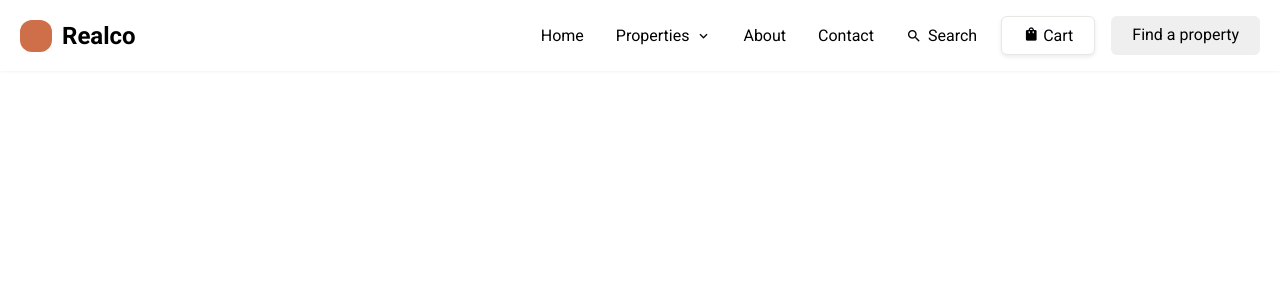
Repository: bek77g/realco
Page: index.html
The author's editor kept a copy of each file at every save. The page is drawn from the files as they stood at one save, then again after the next save.
The browser window is 1280 px wide. The pictures show the whole page.
The style sheet was rebuilt from its Sass, Less or Tailwind sources for each picture, by a compiler version that may differ from the author's.

Above is the page before, as saved 2023-04-13 21:13:35.

### index.html
<!DOCTYPE html>
<html lang="en">
  <head>
    <meta charset="UTF-8" />
    <meta http-equiv="X-UA-Compatible" content="IE=edge" />
    <meta name="viewport" content="width=device-width, initial-scale=1.0" />
    <title>Realco</title>
    <link rel="preconnect" href="https://fonts.googleapis.com" />
    <link rel="preconnect" href="https://fonts.gstatic.com" crossorigin />
    <link
      href="https://fonts.googleapis.com/css2?family=Roboto:ital,wght@0,400;0,700;0,900;1,400;1,700;1,900&display=swap"
      rel="stylesheet"
    />
    <link
      href="https://fonts.googleapis.com/icon?family=Material+Icons"
      rel="stylesheet"
    />
    <link rel="stylesheet" href="./src/styles/style.css" />
  </head>
  <body>
    <header class="header">
      <div class="container">
        <div class="header__row">
          <div class="logo header__logo">
            <div class="logo__box"></div>
            <h2 class="logo__name">Realco</h2>
          </div>
          <nav class="header__nav">
            <ul class="header__menu">
              <li class="header__menu-item"><a href="#">Home</a></li>
              <li class="header__menu-item">
                <a href="#"
                  >Properties <span class="icon">expand_more</span>
                </a>
              </li>
              <li class="header__menu-item"><a href="#">About</a></li>
              <li class="header__menu-item"><a href="#">Contact</a></li>
              <li class="header__menu-item">
                <a href="#"> <span class="icon">search</span> Search</a>
              </li>
            </ul>
            <div class="header__buttons">
              <button class="header__buttons-btn">
                <span class="icon">shopping_bag</span> Cart
              </button>
              <button class="header__buttons-btn">Find a property</button>
            </div>
          </nav>
        </div>
      </div>
    </header>
    <main></main>
    <footer></footer>
  </body>
</html>

### src/styles/style.scss
@import './reset';

.container {
  max-width: 1320px;
  padding: 0 20px;
  margin: 0 auto;
}

@import './global';
@import './header';

### src/styles/_reset.scss
* {
  margin: 0;
  padding: 0;
  box-sizing: border-box;
}
ul,
ol {
  list-style: none;
}
img {
  width: 100%;
}
a {
  color: inherit;
}
button {
  border: none;
  cursor: pointer;
}
a {
  text-decoration: none;
}

### src/styles/_global.scss
* {
  font-family: 'Roboto', sans-serif;
}

.icon {
  font-family: 'Material Icons';
  font-style: normal;
  font-weight: 400;
  display: block;
  height: -webkit-fit-content;
  height: -moz-fit-content;
  height: fit-content;
}

.logo {
  display: flex;
  align-items: center;
  gap: 10px;
  &__box {
    width: 32px;
    height: 32px;
    background: #cf6f49;
    border-radius: 12px;
  }
  &__name {
    font-weight: bold;
  }
}

### src/styles/_header.scss
.header {
  background: #ffffff;
  box-shadow: 0px 0px 4px rgba(0, 0, 0, 0.08);
  padding: 16px 0;
  &__row {
    display: flex;
    justify-content: space-between;
    align-items: center;
  }
  &__nav {
    display: flex;
    align-items: center;
    gap: 8px;
  }
  &__menu {
    padding: 9px 16px;
    display: flex;
    gap: 32px;
    &-item {
      & a {
        display: flex;
        gap: 6px;
        align-items: center;
      }
    }
  }
  &__buttons {
    display: flex;
    gap: 16px;
    &-btn {
      font-style: normal;
      font-weight: 400;
      font-size: 16px;
      padding: 9px 21px;
      border-radius: 6px;
      display: flex;
      gap: 4px;
      &:first-child {
        background: #ffffff;
        border: 1px solid #e7e8e3;
        box-shadow: 0px 2px 4px rgba(0, 0, 0, 0.08);
      }
    }
  }
}

After the next save:
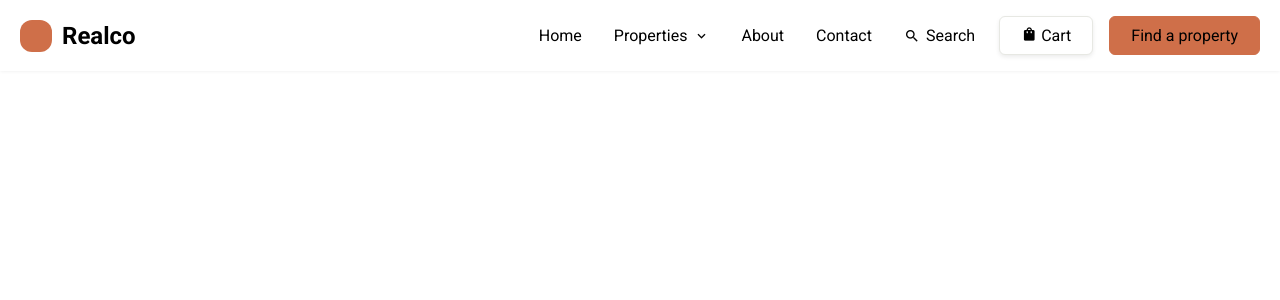
Saved 20 s later.
--- a/src/styles/_header.scss
+++ b/src/styles/_header.scss
@@ -40,6 +40,10 @@
         border: 1px solid #e7e8e3;
         box-shadow: 0px 2px 4px rgba(0, 0, 0, 0.08);
       }
+      &:last-child {
+        background: #cf6f49;
+        border: 1px solid #cf6f49;
+      }
     }
   }
 }
